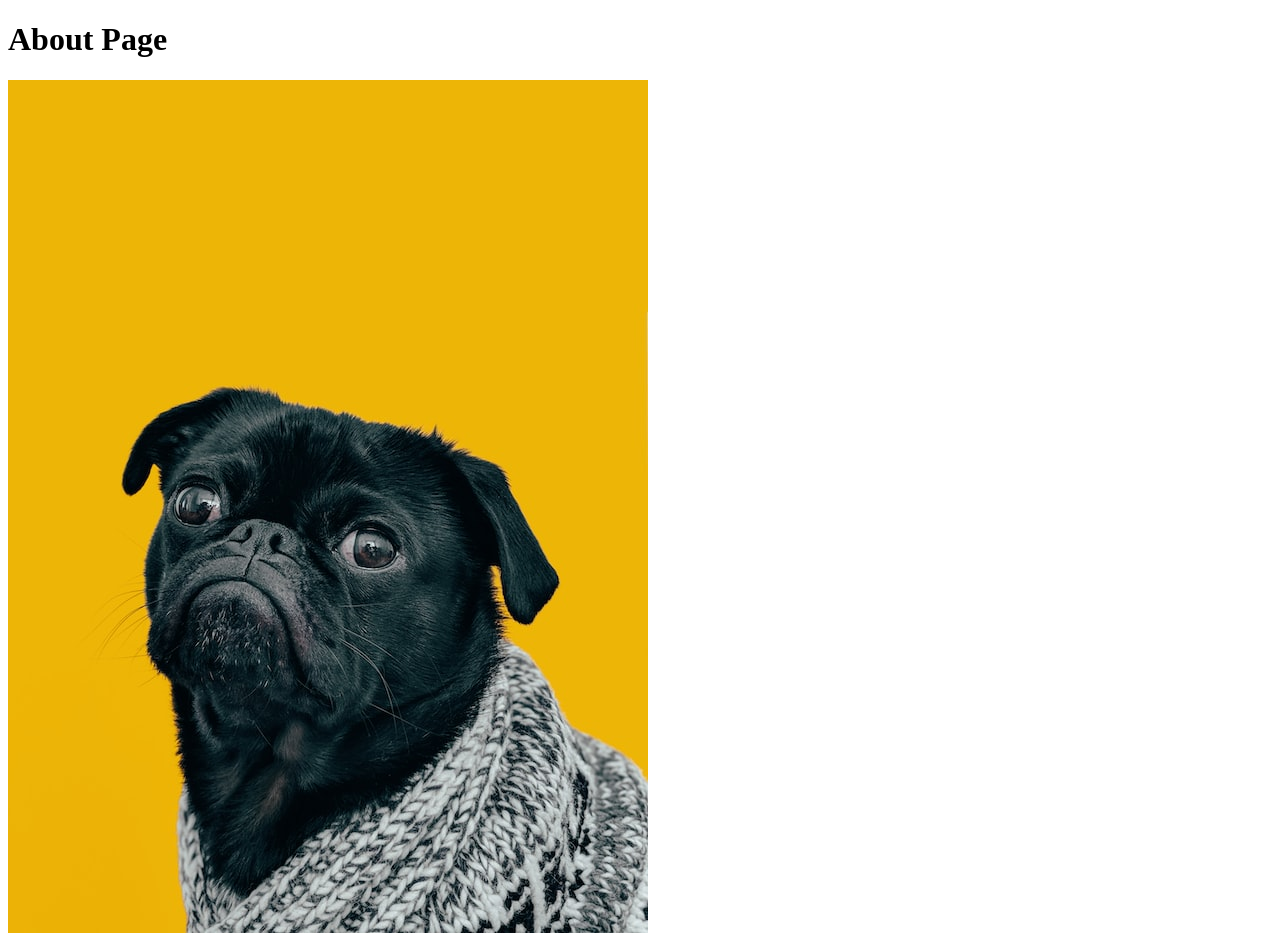
Repository: SkeleDrook/odin
Page: odin-links-and-images/pages/about.html
An editor plug-in stored every save of this project. The page is shown before and after the next save, followed by the edit.
The browser window is 1280 px wide. The pictures show the whole page.

Above is the page before, as saved 2023-01-03 00:01:11.

After the next save:
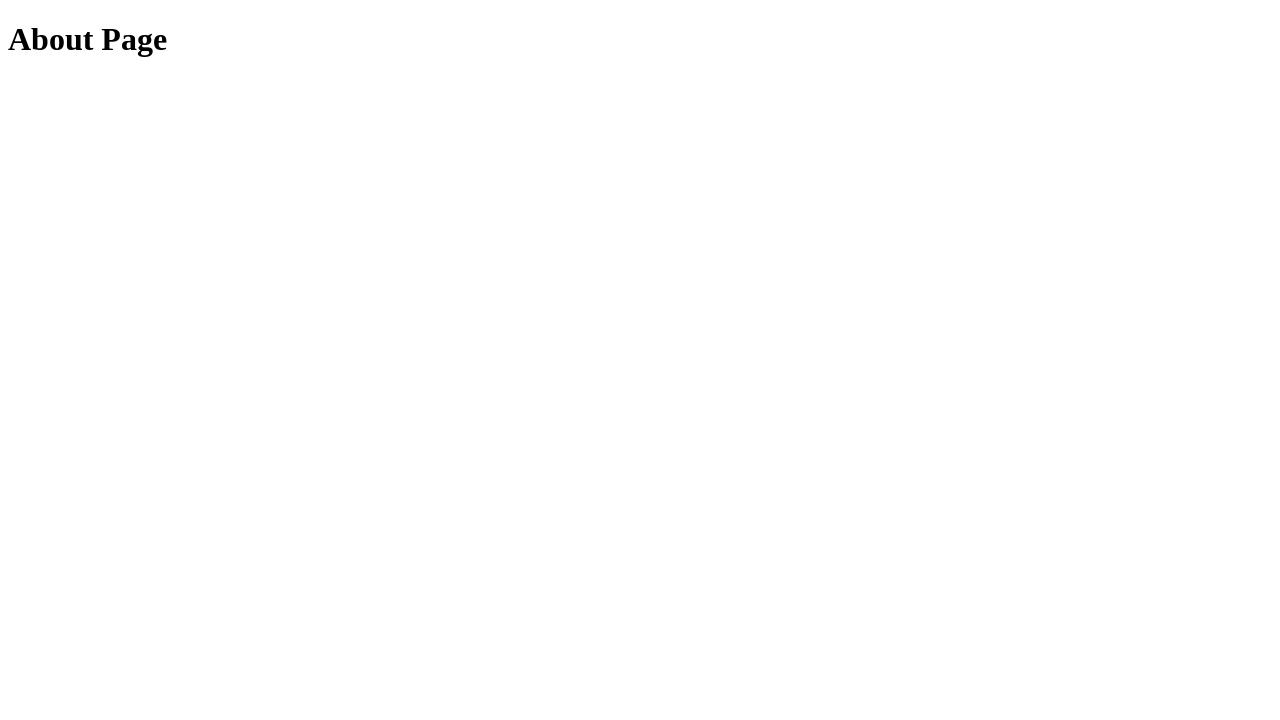
Saved 12 s later.
--- a/odin-links-and-images/pages/about.html
+++ b/odin-links-and-images/pages/about.html
@@ -8,7 +8,7 @@
 
 <body>
 	<h1>About Page</h1>
-	<img src="../images/dog.jpg">
+	<img src="../images/dog.jpg" alt=">
 </body>
 
 </html>

After the save that followed:
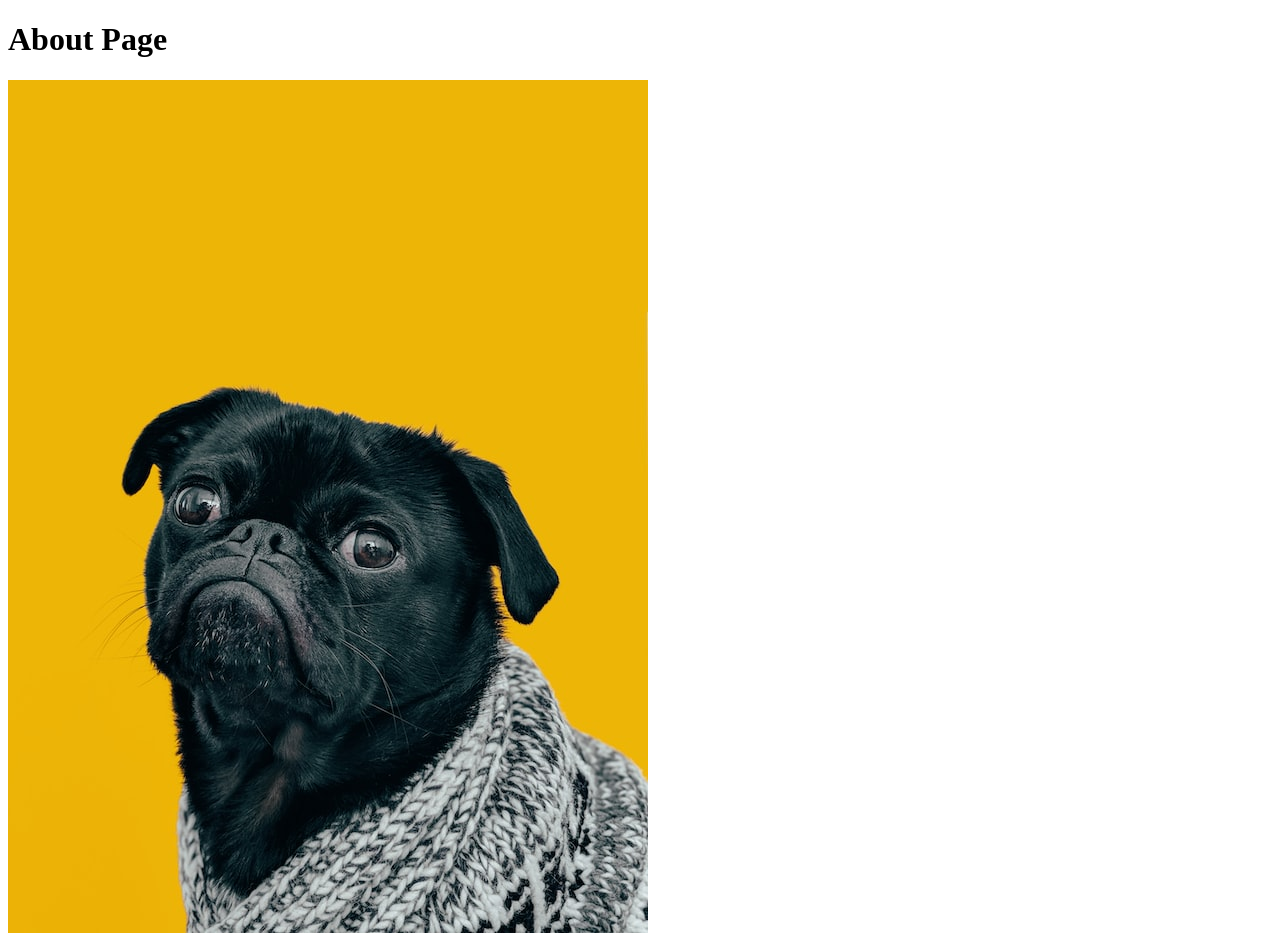
Saved 7 s later.
--- a/odin-links-and-images/pages/about.html
+++ b/odin-links-and-images/pages/about.html
@@ -8,7 +8,7 @@
 
 <body>
 	<h1>About Page</h1>
-	<img src="../images/dog.jpg" alt=">
+	<img src="../images/dog.jpg" alt="A cute pug">
 </body>
 
 </html>
